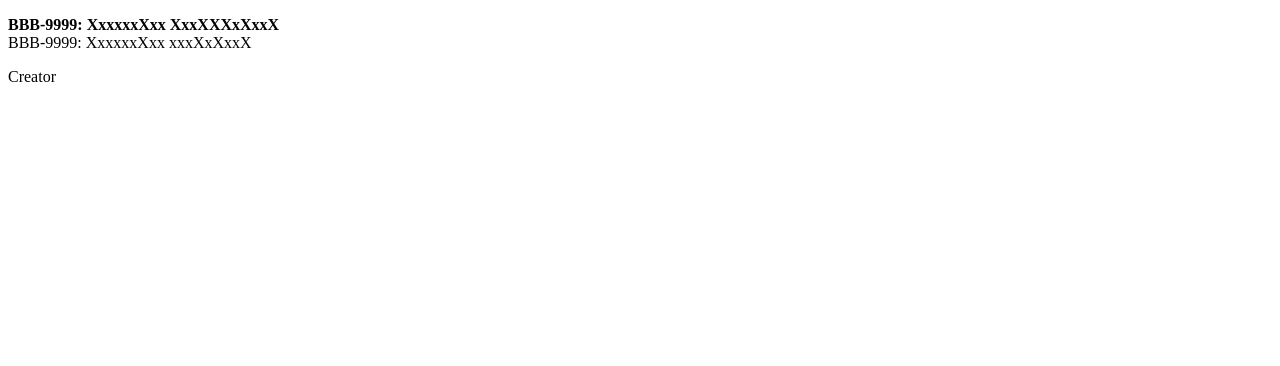
Repository: AnaBerlanda/PaginaFer
Page: index.html
These files come from the project's save history. The page is drawn as it stood at one moment and after the next save; the edit follows.
The browser window is 1280 px wide. The pictures show the whole page.

Above is the page before, as saved 2022-05-20 14:27:57.

### index.html
<!DOCTYPE html>
<html lang="en">
<head>
    <meta charset="UTF-8">
    <meta http-equiv="X-UA-Compatible" content="IE=edge">
    <meta name="viewport" content="width=device-width, initial-scale=1.0">
    <title>Release</title>
</head>
<body>
    <p>
        <strong>BBB-9999: XxxxxxXxx XxxXXXxXxxX</strong><br>
        BBB-9999: XxxxxxXxx xxxXxXxxX
    </p>
    <div class="container">

    <div class="textos">
        <p class="creator">Creator</p>
    </div>

    </div>












</body>
</html>

After the next save:
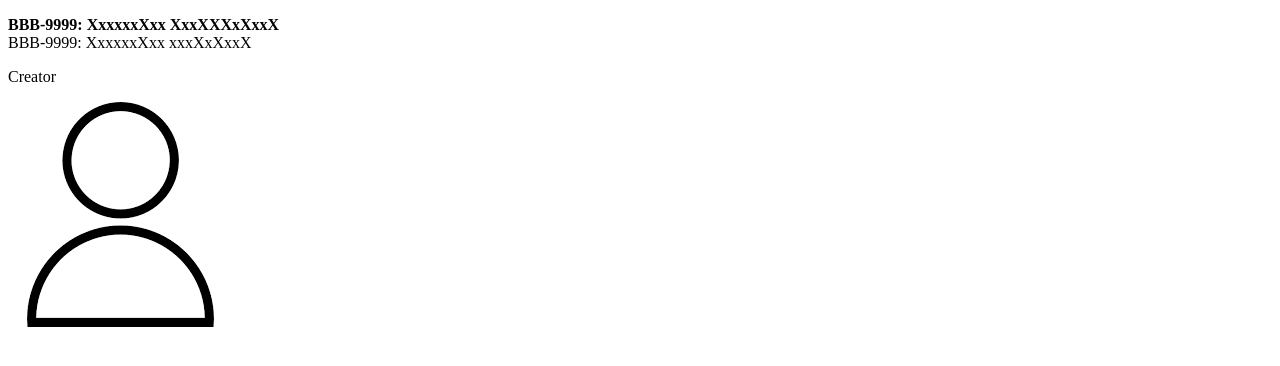
Saved 42 min 10 s later.
--- a/index.html
+++ b/index.html
@@ -12,10 +12,12 @@
         BBB-9999: XxxxxxXxx xxxXxXxxX
     </p>
     <div class="container">
-
-    <div class="textos">
+        <div class="textos">
         <p class="creator">Creator</p>
-    </div>
+        </div>
+        <div class="imagem">
+            <img src="imagem/Icone-usuario-Png-1024x1024.png">
+        </div>
 
     </div>
 
